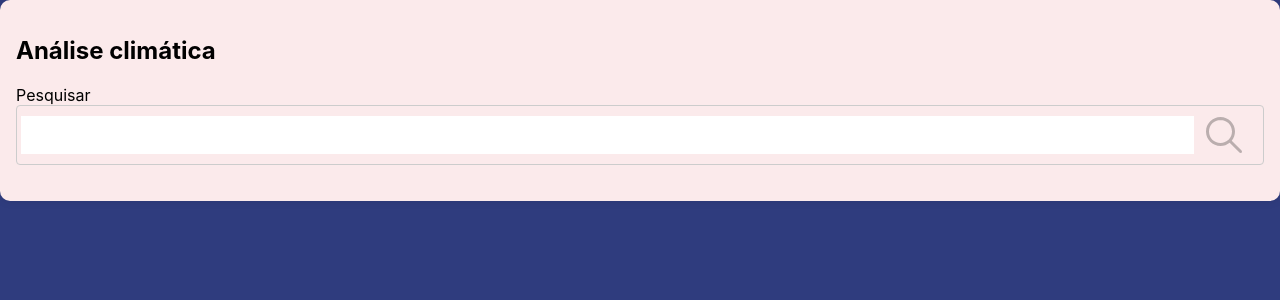
Repository: yurilemos/climate-check
Page: /
The author's editor kept a copy of each file at every save. The page is drawn from the files as they stood at one save, then again after the next save.
The browser window is 1280 px wide. The pictures show the whole page.
The project was rebuilt for these pictures with package versions that can differ from the ones it lists, and the page was loaded fresh each time. Also part of the build but not shown: src/pages/notFound/index.jsx.

Above is the page before, as saved 2023-05-19 17:36:15.

### src/App.js
import "./global.css";
import { Router } from "./router";

function App() {
  return <Router />;
}

export default App;

### src/global.css
body {
  background-color: #2F3C7E;
}

### src/router/index.jsx
import React from 'react';
import { BrowserRouter, Routes, Route } from 'react-router-dom';
import { Home } from '../pages/home';
import { NotFound } from '../pages/notFound';


export const Router = () => {
  return (
    <BrowserRouter>
      <Routes>
        <Route path="/" element={<Home />} />
        <Route path="*" element={<NotFound />} />
      </Routes>
    </BrowserRouter>
  );
};

### src/pages/home/index.jsx
import React from "react";
import SearchInput from "../../components/searchInput";
import Card from "../../components/card";


export const Home = () => {

  return (
    <Card>
      <h2>Análise climática</h2>
      <SearchInput label="Pesquisar" onSearch={(e)=>{console.log(e)}}/>

    </Card>
  );
};

### src/components/searchInput/index.jsx
import React, { useState } from 'react';
import { CustomSearchContainer, SearchContent, Label, Input, SearchButton, SearchIcon } from './style.js';

const SearchInput = ({label, onSearch}) => {
  const [searchValue, setSearchValue] = useState('');

  const handleSearch = () => {
    // Lógica para executar a ação de pesquisa
    onSearch(searchValue);
  };

  const handleKeyDown = (event) => {
    if (event.key === 'Enter') {
      handleSearch();
    }
  };

  return (
   <CustomSearchContainer>
    <Label htmlFor="custom-search">{label}</Label>
    <SearchContent>
      <Input
          id="custom-search"
          type="search"
          value={searchValue}
          onChange={(event) => setSearchValue(event.target.value)}
          onKeyDown={handleKeyDown}
        />
        <SearchButton
          className="search-icon"
          onClick={handleSearch}
        >
          <SearchIcon src="images/search-icon.svg" alt='pesquisar' />
        </SearchButton>
      </SearchContent>
  </CustomSearchContainer>
  );
};

export default SearchInput;

### src/components/card/index.jsx
import React from 'react';
import './style.css'

const Card = ({children}) => {
  return (
    <div className="card-component">
      {children}
    </div>
  );
};

export default Card;

### src/components/searchInput/style.js
import styled from "styled-components";

export const CustomSearchContainer = styled.div`
  position: relative;
  margin-bottom: 20px;
`;

export const Label = styled.label`
  font-size: 1rem;
  margin-bottom: 7px;
`;

export const SearchContent = styled.div`
  display: flex;
  align-items: center;
  border: 1px solid #ccc;
  border-radius: 4px;
  padding: 4px;
`;

export const Input = styled.input`
  flex: 1;
  padding: 10px;
  border: none;
  font-size: 16px;
  outline: none;
  position: relative;
`;

export const SearchButton = styled.button`
  cursor: pointer;
  background: none;
  border: none;
  transition: color 0.3s ease;

  &:hover {
    color: #000;
  }

  &:active {
    transform: scale(0.95);
  }
`;

export const SearchIcon = styled.img`
  vertical-align: middle;
  margin-right: 5px;
`;

### src/components/card/style.css
.card-component {
  padding: 1rem;
  background-color: #FBEAEB;
  border-radius: 10px;
  box-shadow: 0 0 10px rgba(0, 0, 0, 0.1);
}

Loaded but not shown: public/index.html (common file); src/index.js (common file); src/index.css (common file); src/reportWebVitals.js (common file)

After the next save:
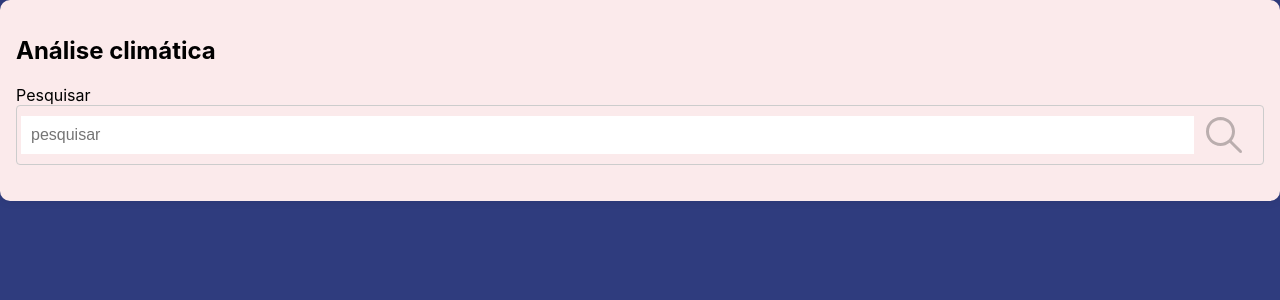
Saved 31 s later.
--- a/src/components/searchInput/index.jsx
+++ b/src/components/searchInput/index.jsx
@@ -21,6 +21,7 @@ const SearchInput = ({label, onSearch}) => {
     <SearchContent>
       <Input
           id="custom-search"
+          placeholder='pesquisar'
           type="search"
           value={searchValue}
           onChange={(event) => setSearchValue(event.target.value)}
